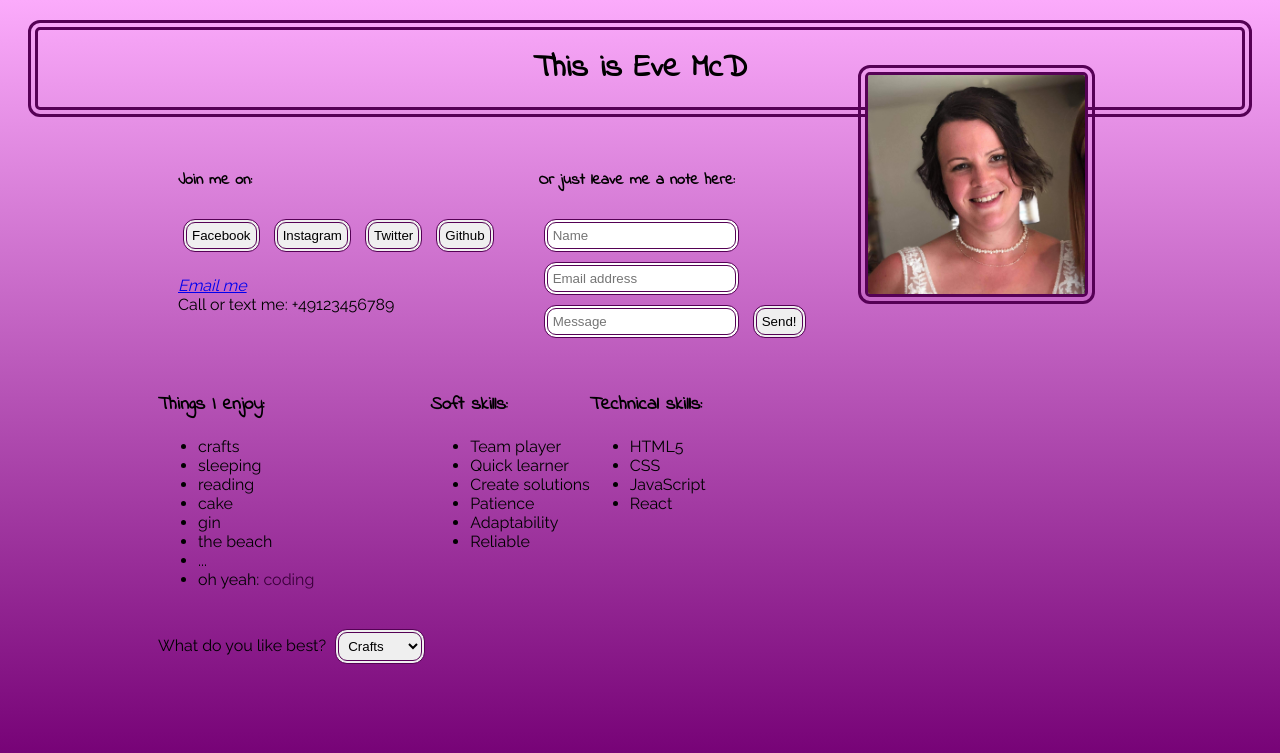
Repository: evemcd/Strive-Ignite-W1
Page: index.html
An editor plug-in stored every save of this project. The page is shown before and after the next save, followed by the edit.
The browser window is 1280 px wide. The pictures show the whole page.

Above is the page before, as saved 2021-01-17 23:08:12.

After the next save:
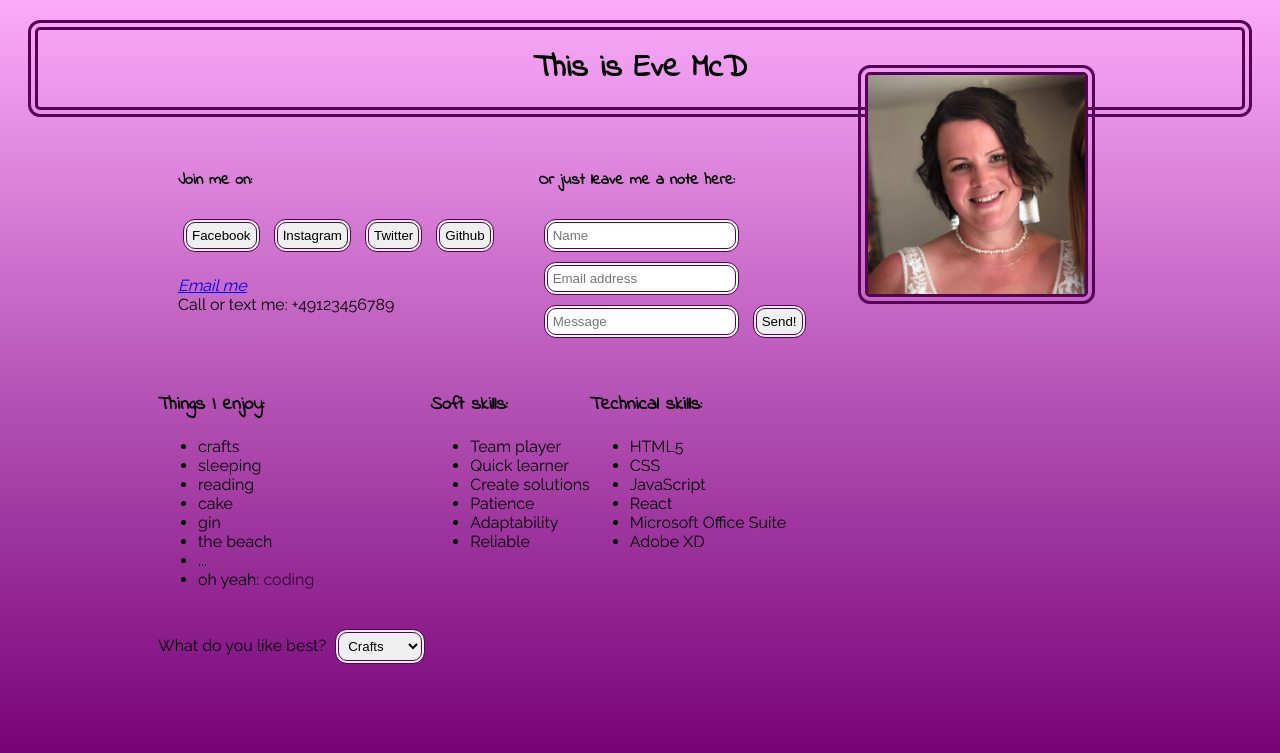
Saved 3 min 4 s later.
--- a/index.html
+++ b/index.html
@@ -83,6 +83,8 @@
                 <li>CSS</li>
                 <li>JavaScript</li>
                 <li>React</li>
+                <li>Microsoft Office Suite</li>
+                <li>Adobe XD</li>
             </ul>
         </div>
     </section>
